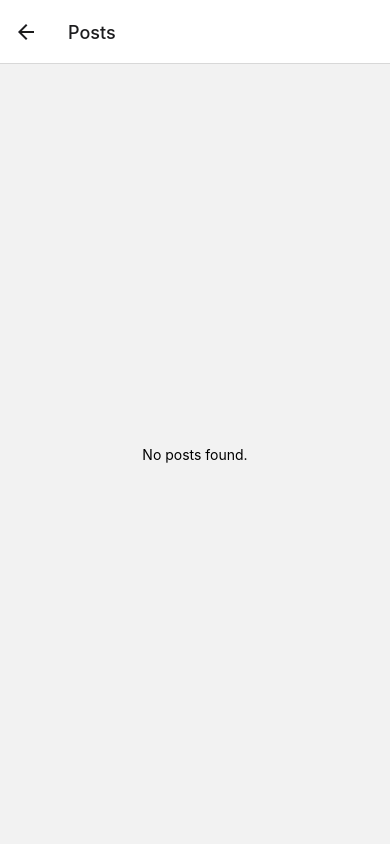
Repository: nawaz1568/Task_counter
Screen: /Posts
An editor plug-in stored every save of this project. The screen is shown before and after the next save, followed by the edit.
The page's requests for data from a server got no answer. The app was drawn by React Native's web renderer in a window 390 px wide. The project was rebuilt for these pictures with package versions that can differ from the ones it lists, and the page was loaded fresh each time. No one was signed in, and anything a server would have sent is missing. Also part of the build but not shown: src/screens/PostDetailScreen.js, src/screens/CounterScreen.js.

Above is the screen before, as saved 2025-09-09 13:17:27.

After the next save:
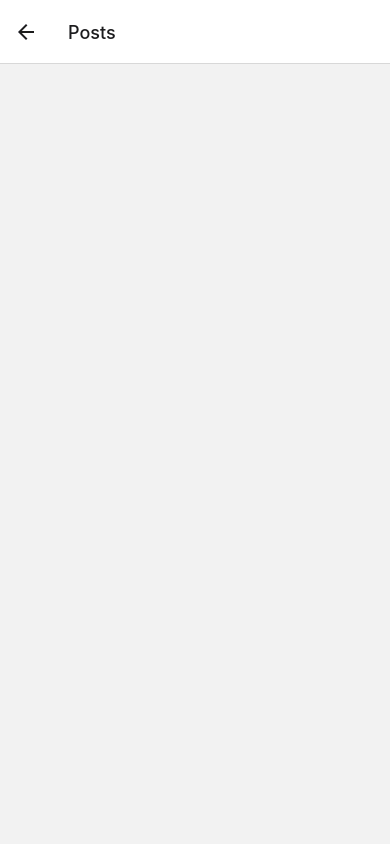
Saved 8 s later.
--- a/src/screens/PostListScreen.js
+++ b/src/screens/PostListScreen.js
@@ -60,13 +60,13 @@ export default function PostListScreen() {
   // }
 
   // No posts message
-  if (!loading && posts.length === 0) {
-    return (
-      <View style={styles.loader}>
-        <Text>No posts found.</Text>
-      </View>
-    );
-  }
+  // if (!loading && posts.length === 0) {
+  //   return (
+  //     <View style={styles.loader}>
+  //       <Text>No posts found.</Text>
+  //     </View>
+  //   );
+  // }
 
   return (
     <FlatList
